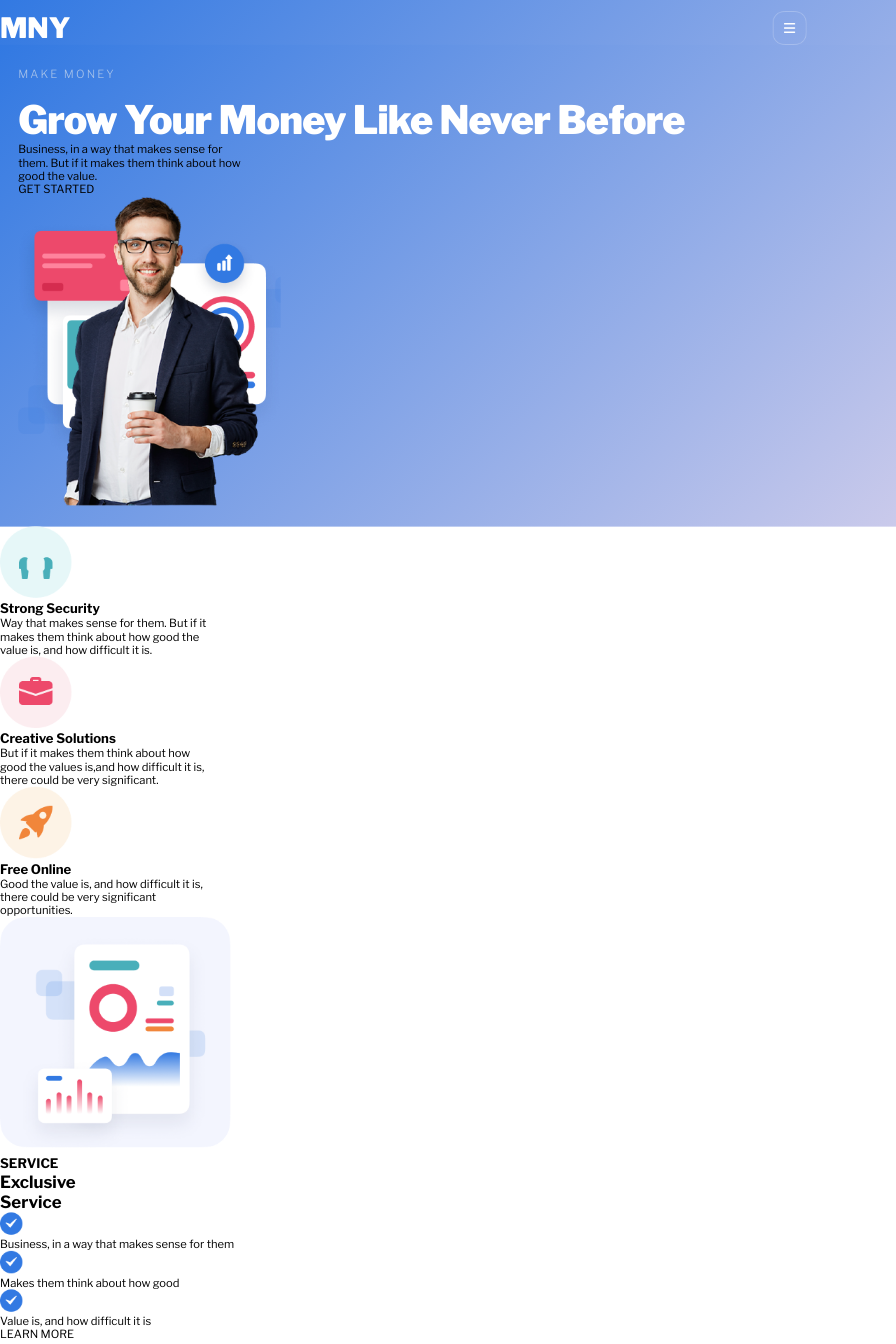
Repository: juniorAntunes910/Make-Money-Design-Avaliacao
Page: index.html
These files come from the project's save history. The page is drawn as it stood at one moment and after a run of saves; the edit follows.
The browser window is 1280 px wide. The pictures show the part of the page from y = 0 to 1920 px (the page is 4729 px tall before and 4742 px after), at 70% of full size.

Above is the page before, as saved 2026-03-13 08:16:19.

After the next 4 saves:
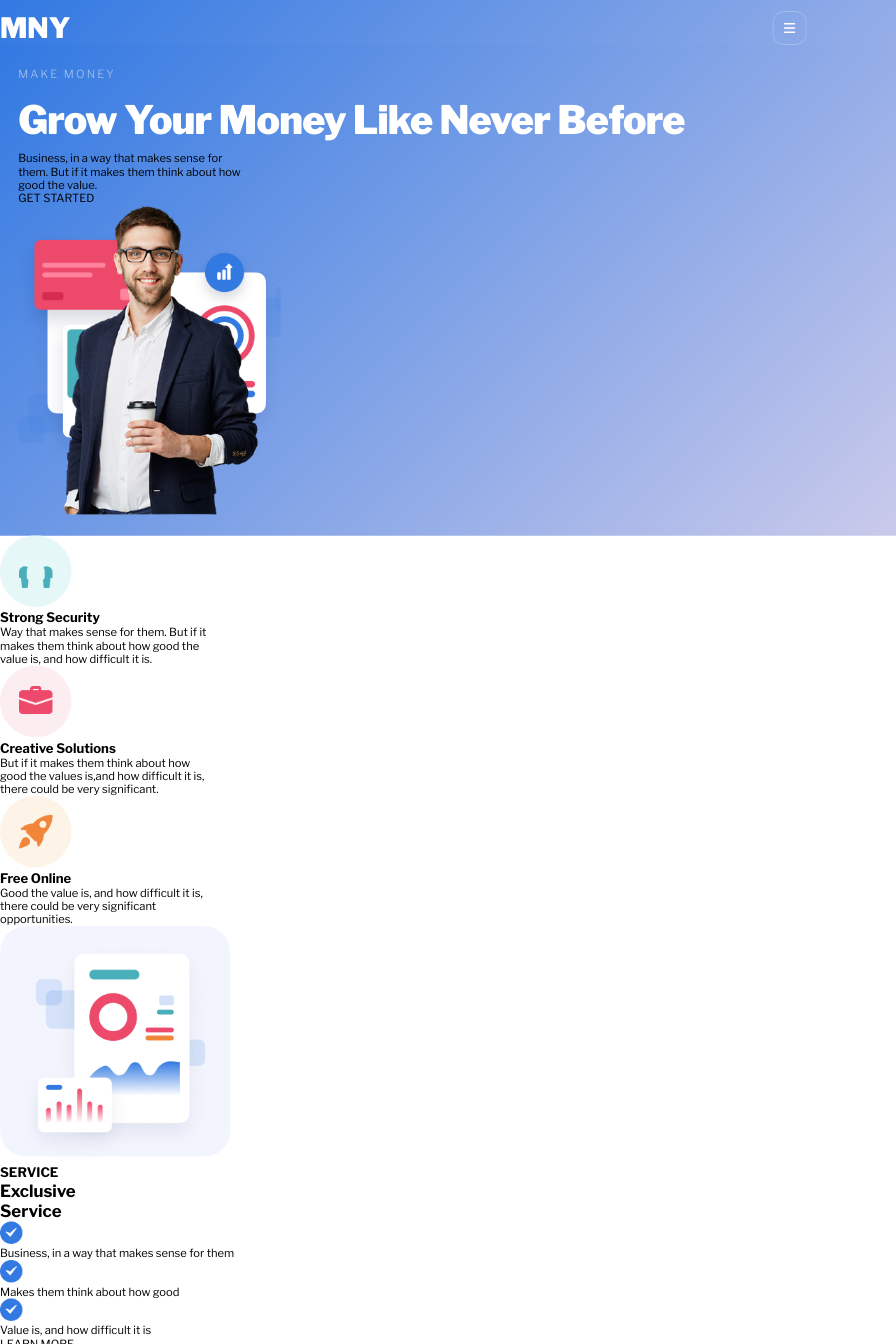
The 4 saves are shown as one change because they came seconds apart.
The last was saved 14 s later.
--- a/style.css
+++ b/style.css
@@ -120,5 +120,7 @@ header nav{
 }
 
 .hero-header-description {
-    margin-top: 0.
+    margin-top: 0.8125rem;
+    font-size: 1rem;
+    font-weight: var();
 }
